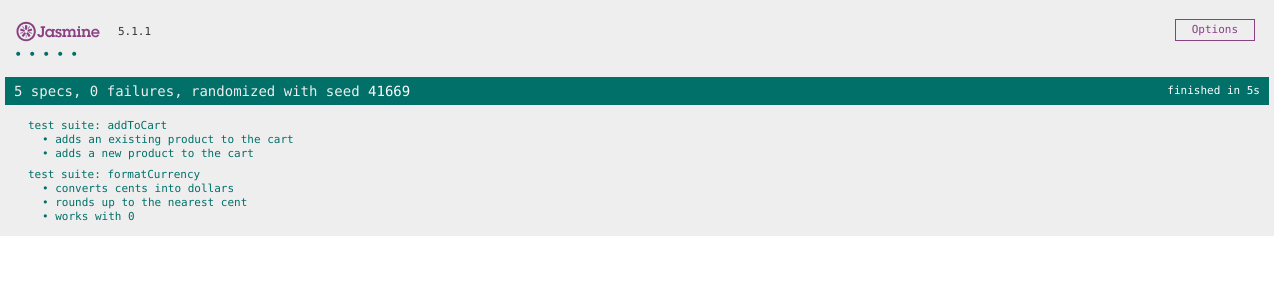
Repository: Jpr-2311/Amazon_Clone
Page: tests/tests.html
These files come from the project's save history. The page is drawn as it stood at one moment and after a run of saves; the edit follows.
The browser window is 1280 px wide. The pictures show the whole page.

Above is the page before, as saved 2025-06-20 14:04:46.

### tests/tests.html
<!DOCTYPE html>
<html>
<head>
  <meta charset="utf-8">
  <title>Jasmine Spec Runner v5.1.1</title>

  <link rel="shortcut icon" type="image/png" href="lib/jasmine-5.1.1/jasmine_favicon.png">
  <link rel="stylesheet" href="lib/jasmine-5.1.1/jasmine.css">

  <script src="lib/jasmine-5.1.1/jasmine.js"></script>
  <script src="lib/jasmine-5.1.1/jasmine-html.js"></script>
  <script src="lib/jasmine-5.1.1/boot0.js"></script>
  <!-- optional: include a file here that configures the Jasmine env -->
  <script src="lib/jasmine-5.1.1/boot1.js"></script>

  <script src="utils/moneyTest.js" type="module"></script>
  <script src="data/cartTest.js" type="module"></script>
  <script src="checkout/orderSummaryTest.js" type="module"></script>

</head>

<body>
  <div class="js-test-container"></div>
</body>
</html>

### tests/lib/jasmine-5.1.1/boot0.js
 /*
Copyright (c) 2008-2023 Pivotal Labs

Permission is hereby granted, free of charge, to any person obtaining
a copy of this software and associated documentation files (the
"Software"), to deal in the Software without restriction, including
without limitation the rights to use, copy, modify, merge, publish,
distribute, sublicense, and/or sell copies of the Software, and to
permit persons to whom the Software is furnished to do so, subject to
the following conditions:

The above copyright notice and this permission notice shall be
included in all copies or substantial portions of the Software.

THE SOFTWARE IS PROVIDED "AS IS", WITHOUT WARRANTY OF ANY KIND,
EXPRESS OR IMPLIED, INCLUDING BUT NOT LIMITED TO THE WARRANTIES OF
MERCHANTABILITY, FITNESS FOR A PARTICULAR PURPOSE AND
NONINFRINGEMENT. IN NO EVENT SHALL THE AUTHORS OR COPYRIGHT HOLDERS BE
LIABLE FOR ANY CLAIM, DAMAGES OR OTHER LIABILITY, WHETHER IN AN ACTION
OF CONTRACT, TORT OR OTHERWISE, ARISING FROM, OUT OF OR IN CONNECTION
WITH THE SOFTWARE OR THE USE OR OTHER DEALINGS IN THE SOFTWARE.
*/
/**
 This file starts the process of "booting" Jasmine. It initializes Jasmine,
 makes its globals available, and creates the env. This file should be loaded
 after `jasmine.js` and `jasmine_html.js`, but before `boot1.js` or any project
 source files or spec files are loaded.
 */
(function() {
  const jasmineRequire = window.jasmineRequire || require('./jasmine.js');

  /**
   * ## Require &amp; Instantiate
   *
   * Require Jasmine's core files. Specifically, this requires and attaches all of Jasmine's code to the `jasmine` reference.
   */
  const jasmine = jasmineRequire.core(jasmineRequire),
    global = jasmine.getGlobal();
  global.jasmine = jasmine;

  /**
   * Since this is being run in a browser and the results should populate to an HTML page, require the HTML-specific Jasmine code, injecting the same reference.
   */
  jasmineRequire.html(jasmine);

  /**
   * Create the Jasmine environment. This is used to run all specs in a project.
   */
  const env = jasmine.getEnv();

  /**
   * ## The Global Interface
   *
   * Build up the functions that will be exposed as the Jasmine public interface. A project can customize, rename or alias any of these functions as desired, provided the implementation remains unchanged.
   */
  const jasmineInterface = jasmineRequire.interface(jasmine, env);

  /**
   * Add all of the Jasmine global/public interface to the global scope, so a project can use the public interface directly. For example, calling `describe` in specs instead of `jasmine.getEnv().describe`.
   */
  for (const property in jasmineInterface) {
    global[property] = jasmineInterface[property];
  }
})();

### tests/data/cartTest.js
import {addToCart, cart, loadFromStorage} from '../../data/cart.js';

describe('test suite: addToCart', () => {
  it('adds an existing product to the cart', () => {
    spyOn(localStorage, 'setItem');

    spyOn(localStorage, 'getItem').and.callFake(() => {
      return JSON.stringify([{
        productId: 'e43638ce-6aa0-4b85-b27f-e1d07eb678c6',
        quantity: 1,
        deliveryOptionId: '1'
      }]);
    });
    loadFromStorage();

    addToCart('e43638ce-6aa0-4b85-b27f-e1d07eb678c6');
    expect(cart.length).toEqual(1);
    expect(localStorage.setItem).toHaveBeenCalledTimes(1);
    expect(cart[0].productId).toEqual('e43638ce-6aa0-4b85-b27f-e1d07eb678c6');
    expect(cart[0].quantity).toEqual(2);
  });

  it('adds a new product to the cart', () => {
    spyOn(localStorage, 'setItem');

    spyOn(localStorage, 'getItem').and.callFake(() => {
      return JSON.stringify([]);
    });
    loadFromStorage();

    addToCart('e43638ce-6aa0-4b85-b27f-e1d07eb678c6');
    expect(cart.length).toEqual(1);
    expect(localStorage.setItem).toHaveBeenCalledTimes(1);
    expect(cart[0].productId).toEqual('e43638ce-6aa0-4b85-b27f-e1d07eb678c6');
    expect(cart[0].quantity).toEqual(1);
  });
});

### tests/checkout/orderSummaryTest.js
import {renderOrderSummary} from '../../scripts/checkout/orderSummary.js';
import {loadFromStorage, cart} from '../../data/cart.js';
import {loadProducts,loadProductsFetch} from '../../data/products.js';

describe('test suite: renderOrderSummary', () => {
  const productId1 = 'e43638ce-6aa0-4b85-b27f-e1d07eb678c6';
  const productId2 = '15b6fc6f-327a-4ec4-896f-486349e85a3d';

  beforeAll((done)=>{
    loadProductsFetch().then
    (()=>{
      done();
    });

  });

  beforeEach(() => {
    spyOn(localStorage, 'setItem');

    document.querySelector('.js-test-container').innerHTML = `
      <div class="js-order-summary"></div>
      <div class="js-payment-summary"></div>
    `;

    spyOn(localStorage, 'getItem').and.callFake(() => {
      return JSON.stringify([{
        productId: productId1,
        quantity: 2,
        deliveryOptionId: '1'
      }, {
        productId: productId2,
        quantity: 1,
        deliveryOptionId: '2'
      }]);
    });
    loadFromStorage();

    renderOrderSummary();
  });

  it('displays the cart', () => {
    expect(
      document.querySelectorAll('.js-cart-item-container').length
    ).toEqual(2);
    expect(
      document.querySelector(`.js-product-quantity-${productId1}`).innerText
    ).toContain('Quantity: 2');
    expect(
      document.querySelector(`.js-product-quantity-${productId2}`).innerText
    ).toContain('Quantity: 1');

    document.querySelector('.js-test-container').innerHTML = '';
  });

  it('removes a product', () => {
    document.querySelector(`.js-delete-link-${productId1}`).click();
    expect(
      document.querySelectorAll('.js-cart-item-container').length
    ).toEqual(1);
    expect(
      document.querySelector(`.js-cart-item-container-${productId1}`)
    ).toEqual(null);
    expect(
      document.querySelector(`.js-cart-item-container-${productId2}`)
    ).not.toEqual(null);
    expect(cart.length).toEqual(1);
    expect(cart[0].productId).toEqual(productId2);

    document.querySelector('.js-test-container').innerHTML = '';
  });
});

### data/cart.js
export let cart;

loadFromStorage();

export function loadFromStorage() {
  cart = JSON.parse(localStorage.getItem('cart'));

  if (!cart) {
    cart = [{
      productId: 'e43638ce-6aa0-4b85-b27f-e1d07eb678c6',
      quantity: 2,
      deliveryOptionId: '1'
    }, {
      productId: '15b6fc6f-327a-4ec4-896f-486349e85a3d',
      quantity: 1,
      deliveryOptionId: '2'
    }];
  }
}

function saveToStorage() {
  localStorage.setItem('cart', JSON.stringify(cart));
}

export function addToCart(productId) {
  let matchingItem;

  cart.forEach((cartItem) => {
    if (productId === cartItem.productId) {
      matchingItem = cartItem;
    }
  });

  if (matchingItem) {
    matchingItem.quantity += 1;
  } else {
    cart.push({
      productId: productId,
      quantity: 1,
      deliveryOptionId: '1'
    });
  }

  saveToStorage();
}

export function removeFromCart(productId) {
  const newCart = [];

  cart.forEach((cartItem) => {
    if (cartItem.productId !== productId) {
      newCart.push(cartItem);
    }
  });

  cart = newCart;

  saveToStorage();
}

export function updateDeliveryOption(productId, deliveryOptionId) {
  let matchingItem;

  cart.forEach((cartItem) => {
    if (productId === cartItem.productId) {
      matchingItem = cartItem;
    }
  });

  matchingItem.deliveryOptionId = deliveryOptionId;

  saveToStorage();
}

export function loadCart(fun){
   const xhr= new XMLHttpRequest();

   xhr.addEventListener('load',()=>{
      console.log(xhr.response);
fun();
   });

   xhr.open('GET','https://supersimplebackend.dev/cart');
   xhr.send();
}

### scripts/checkout/orderSummary.js
import {cart, removeFromCart, updateDeliveryOption} from '../../data/cart.js';
import {products, getProduct} from '../../data/products.js';
import {formatCurrency} from '../utils/money.js';
import {hello} from 'https://unpkg.com/supersimpledev@1.0.1/hello.esm.js';
import dayjs from 'https://unpkg.com/supersimpledev@8.5.0/dayjs/esm/index.js';
import {deliveryOptions, getDeliveryOption} from '../../data/deliveryOptions.js';
import {renderPaymentSummary} from './paymentSummary.js';

export function renderOrderSummary() {
  let cartSummaryHTML = '';

  cart.forEach((cartItem) => {
    const productId = cartItem.productId;

    const matchingProduct = getProduct(productId);

    const deliveryOptionId = cartItem.deliveryOptionId;

    const deliveryOption = getDeliveryOption(deliveryOptionId);

    const today = dayjs();
    const deliveryDate = today.add(
      deliveryOption.deliveryDays,
      'days'
    );
    const dateString = deliveryDate.format(
      'dddd, MMMM D'
    );

    cartSummaryHTML += `
      <div class="cart-item-container
        js-cart-item-container
        js-cart-item-container-${matchingProduct.id}">
        <div class="delivery-date">
          Delivery date: ${dateString}
        </div>

        <div class="cart-item-details-grid">
          <img class="product-image"
            src="${matchingProduct.image}">

          <div class="cart-item-details">
            <div class="product-name">
              ${matchingProduct.name}
            </div>
            <div class="product-price">
              ${matchingProduct.getPrice()}
            </div>
            <div class="product-quantity
              js-product-quantity-${matchingProduct.id}">
              <span>
                Quantity: <span class="quantity-label">${cartItem.quantity}</span>
              </span>
              <span class="update-quantity-link link-primary">
                Update
              </span>
              <span class="delete-quantity-link link-primary js-delete-link
                js-delete-link-${matchingProduct.id}"
                data-product-id="${matchingProduct.id}">
                Delete
              </span>
            </div>
          </div>

          <div class="delivery-options">
            <div class="delivery-options-title">
              Choose a delivery option:
            </div>
            ${deliveryOptionsHTML(matchingProduct, cartItem)}
          </div>
        </div>
      </div>
    `;
  });

  function deliveryOptionsHTML(matchingProduct, cartItem) {
    let html = '';

    deliveryOptions.forEach((deliveryOption) => {
      const today = dayjs();
      const deliveryDate = today.add(
        deliveryOption.deliveryDays,
        'days'
      );
      const dateString = deliveryDate.format(
        'dddd, MMMM D'
      );

      const priceString = deliveryOption.priceCents === 0
        ? 'FREE'
        : `$${formatCurrency(deliveryOption.priceCents)} -`;

      const isChecked = deliveryOption.id === cartItem.deliveryOptionId;

      html += `
        <div class="delivery-option js-delivery-option"
          data-product-id="${matchingProduct.id}"
          data-delivery-option-id="${deliveryOption.id}">
          <input type="radio"
            ${isChecked ? 'checked' : ''}
            class="delivery-option-input"
            name="delivery-option-${matchingProduct.id}">
          <div>
            <div class="delivery-option-date">
              ${dateString}
            </div>
            <div class="delivery-option-price">
              ${priceString} Shipping
            </div>
          </div>
        </div>
      `
    });

    return html;
  }

  document.querySelector('.js-order-summary')
    .innerHTML = cartSummaryHTML;

  document.querySelectorAll('.js-delete-link')
    .forEach((link) => {
      link.addEventListener('click', () => {
        const productId = link.dataset.productId;
        removeFromCart(productId);

        const container = document.querySelector(
          `.js-cart-item-container-${productId}`
        );
        container.remove();

        renderPaymentSummary();
      });
    });

  document.querySelectorAll('.js-delivery-option')
    .forEach((element) => {
      element.addEventListener('click', () => {
        const {productId, deliveryOptionId} = element.dataset;
        updateDeliveryOption(productId, deliveryOptionId);
        renderOrderSummary();
        renderPaymentSummary();
      });
    });
}

### scripts/checkout/paymentSummary.js
import {cart} from '../../data/cart.js';
import {getProduct} from '../../data/products.js';
import {getDeliveryOption} from '../../data/deliveryOptions.js';
import {formatCurrency} from '../utils/money.js';

export function renderPaymentSummary() {
  let productPriceCents = 0;
  let shippingPriceCents = 0;

  cart.forEach((cartItem) => {
    const product = getProduct(cartItem.productId);
    productPriceCents += product.priceCents * cartItem.quantity;

    const deliveryOption = getDeliveryOption(cartItem.deliveryOptionId);
    shippingPriceCents += deliveryOption.priceCents;
  });

  const totalBeforeTaxCents = productPriceCents + shippingPriceCents;
  const taxCents = totalBeforeTaxCents * 0.1;
  const totalCents = totalBeforeTaxCents + taxCents;

  const paymentSummaryHTML = `
    <div class="payment-summary-title">
      Order Summary
    </div>

    <div class="payment-summary-row">
      <div>Items (3):</div>
      <div class="payment-summary-money">
        $${formatCurrency(productPriceCents)}
      </div>
    </div>

    <div class="payment-summary-row">
      <div>Shipping &amp; handling:</div>
      <div class="payment-summary-money">
        $${formatCurrency(shippingPriceCents)}
      </div>
    </div>

    <div class="payment-summary-row subtotal-row">
      <div>Total before tax:</div>
      <div class="payment-summary-money">
        $${formatCurrency(totalBeforeTaxCents)}
      </div>
    </div>

    <div class="payment-summary-row">
      <div>Estimated tax (10%):</div>
      <div class="payment-summary-money">
        $${formatCurrency(taxCents)}
      </div>
    </div>

    <div class="payment-summary-row total-row">
      <div>Order total:</div>
      <div class="payment-summary-money">
        $${formatCurrency(totalCents)}
      </div>
    </div>

    <button class="place-order-button button-primary">
      Place your order
    </button>
  `;

  document.querySelector('.js-payment-summary')
    .innerHTML = paymentSummaryHTML;
}

Loaded but not shown: tests/lib/jasmine-5.1.1/jasmine.css (library); tests/lib/jasmine-5.1.1/jasmine.js (library); tests/lib/jasmine-5.1.1/jasmine-html.js (library); tests/lib/jasmine-5.1.1/boot1.js (library); tests/utils/moneyTest.js (common file); scripts/utils/money.js (common file); data/deliveryOptions.js (common file); data/products.js (804 lines, source omitted)

After the next 2 saves:
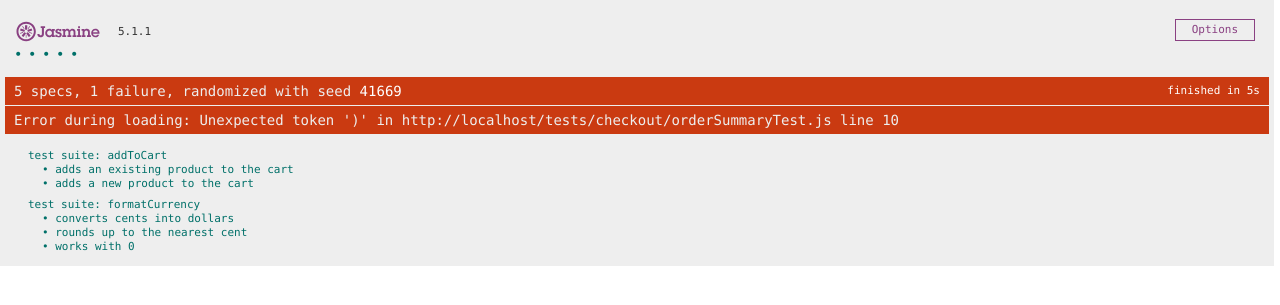
Console error: SyntaxError: Unexpected token ')'
The 2 saves are shown as one change because they came seconds apart.
The last was saved 5 s later.
--- a/tests/checkout/orderSummaryTest.js
+++ b/tests/checkout/orderSummaryTest.js
@@ -7,7 +7,7 @@ describe('test suite: renderOrderSummary', () => {
   const productId2 = '15b6fc6f-327a-4ec4-896f-486349e85a3d';
 
   beforeAll((done)=>{
-    loadProductsFetch().then
+    loadProductsFetch().then(()=)
     (()=>{
       done();
     });
